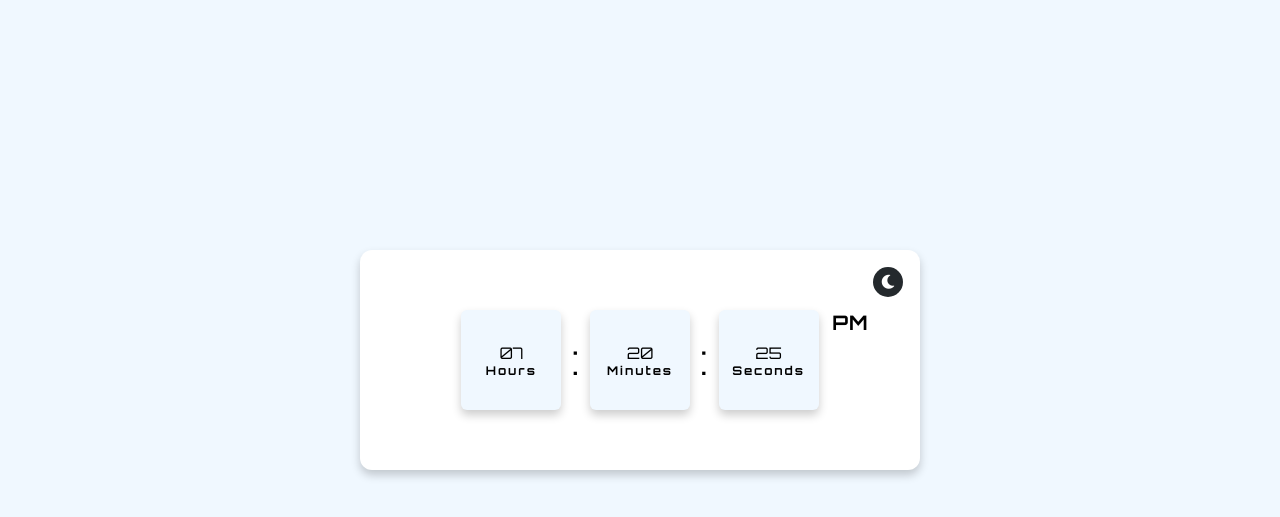
Repository: Seva2705/Clock
Page: index.html
The author's editor kept a copy of each file at every save. The page is drawn from the files as they stood at one save, then again after the next save.
The browser window is 1280 px wide. The pictures show the whole page.

Above is the page before, as saved 2023-08-06 21:03:47.

After the next save:
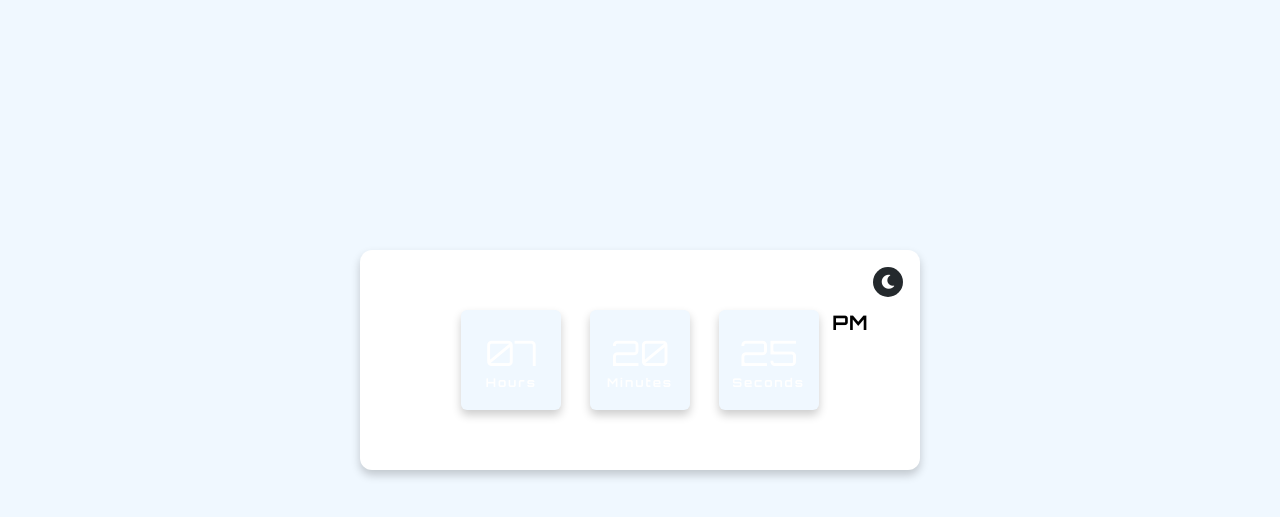
Saved 4 s later.
--- a/style.css
+++ b/style.css
@@ -116,7 +116,7 @@ section.dark .time .time-colon .am_pm {
 
 .time .time-colon .time-text,
 .time .time-colon .colon {
-    fs
+    font-size: 35px;
     color: #fff;
 }
 
